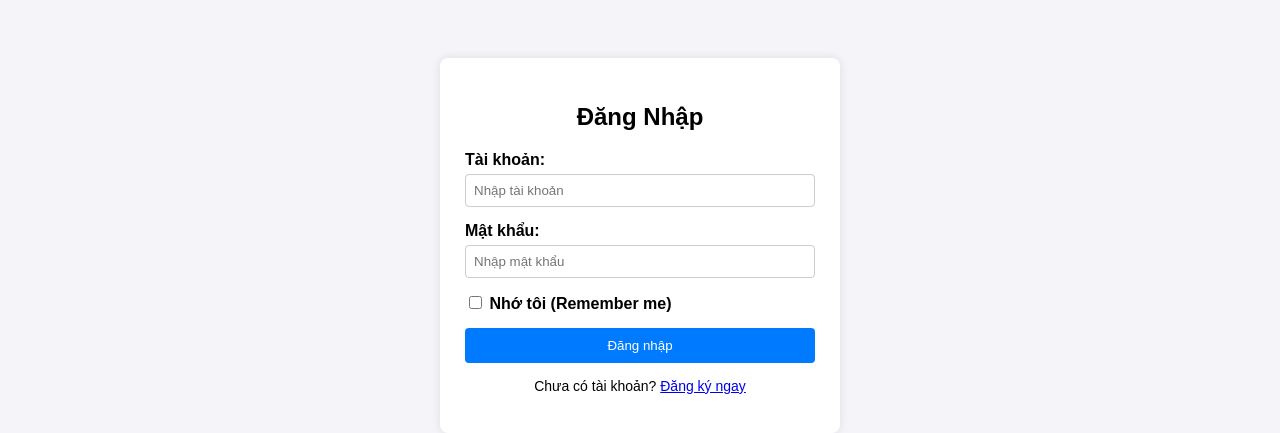
Repository: tanguyenhuy/LapTrinhWeb_BT4
Page: http://localhost/bt1/views/login.jsp
An editor plug-in stored every save of this project. The page is shown before and after the next save, followed by the edit.
The browser window is 1280 px wide. The pictures show the whole page.
The page is served by Tomcat 10. Nobody is signed in. The application's start-up code is not run. Other server files are loaded and not shown.

Above is the page before, as saved 2026-08-25 13:52:35.

### bt1/src/main/webapp/views/login.jsp
<%@ page language="java" contentType="text/html; charset=UTF-8" pageEncoding="UTF-8"%>
<%@ taglib uri="jakarta.tags.core" prefix="c" %>
<!DOCTYPE html>
<html>
<head>
    <meta charset="UTF-8">
    <title>Đăng nhập hệ thống</title>
    <style>
        body { font-family: Arial, sans-serif; background-color: #f4f4f9; padding: 50px; }
        .form-box { width: 350px; margin: 0 auto; background: #fff; padding: 25px; border-radius: 8px; box-shadow: 0 0 10px rgba(0,0,0,0.1); }
        .form-group { margin-bottom: 15px; }
        .form-group label { display: block; margin-bottom: 5px; font-weight: bold; }
        .form-group input[type="text"], .form-group input[type="password"] { width: 100%; padding: 8px; box-sizing: border-box; border: 1px solid #ccc; border-radius: 4px; }
        .btn { width: 100%; padding: 10px; background-color: #007bff; color: white; border: none; border-radius: 4px; cursor: pointer; }
        .btn:hover { background-color: #0056b3; }
        .alert { color: red; margin-bottom: 15px; font-size: 14px; text-align: center; }
    </style>
</head>
<body>

<div class="form-box">
    <h2 style="text-align: center;">Đăng Nhập</h2>

    <c:if test="${alert != null}">
        <div class="alert">${alert}</div>
    </c:if>

    <form action="${pageContext.request.contextPath}/login" method="post">
        <div class="form-group">
            <label>Tài khoản:</label>
            <input type="text" name="username" placeholder="Nhập tài khoản" required>
        </div>

        <div class="form-group">
            <label>Mật khẩu:</label>
            <input type="password" name="password" placeholder="Nhập mật khẩu" required>
        </div>

        <div class="form-group">
            <label>
                <input type="checkbox" name="remember"> Nhớ tôi (Remember me)
            </label>
        </div>

        <button type="submit" class="btn">Đăng nhập</button>
    </form>

    <p style="text-align: center; margin-top: 15px; font-size: 14px;">
        Chưa có tài khoản? <a href="${pageContext.request.contextPath}/register">Đăng ký ngay</a>
    </p>
</div>

</body>
</html>

After the next save:
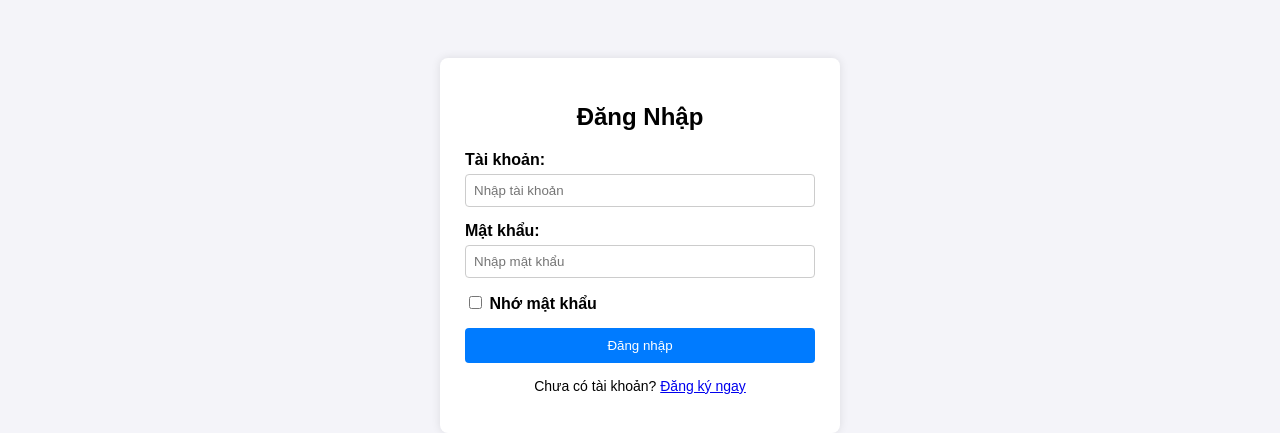
Saved 2 min 31 s later.
--- a/bt1/src/main/webapp/views/login.jsp
+++ b/bt1/src/main/webapp/views/login.jsp
@@ -38,7 +38,7 @@
 
         <div class="form-group">
             <label>
-                <input type="checkbox" name="remember"> Nhớ tôi (Remember me)
+                <input type="checkbox" name="remember"> Nhớ mật khẩu
             </label>
         </div>
 
